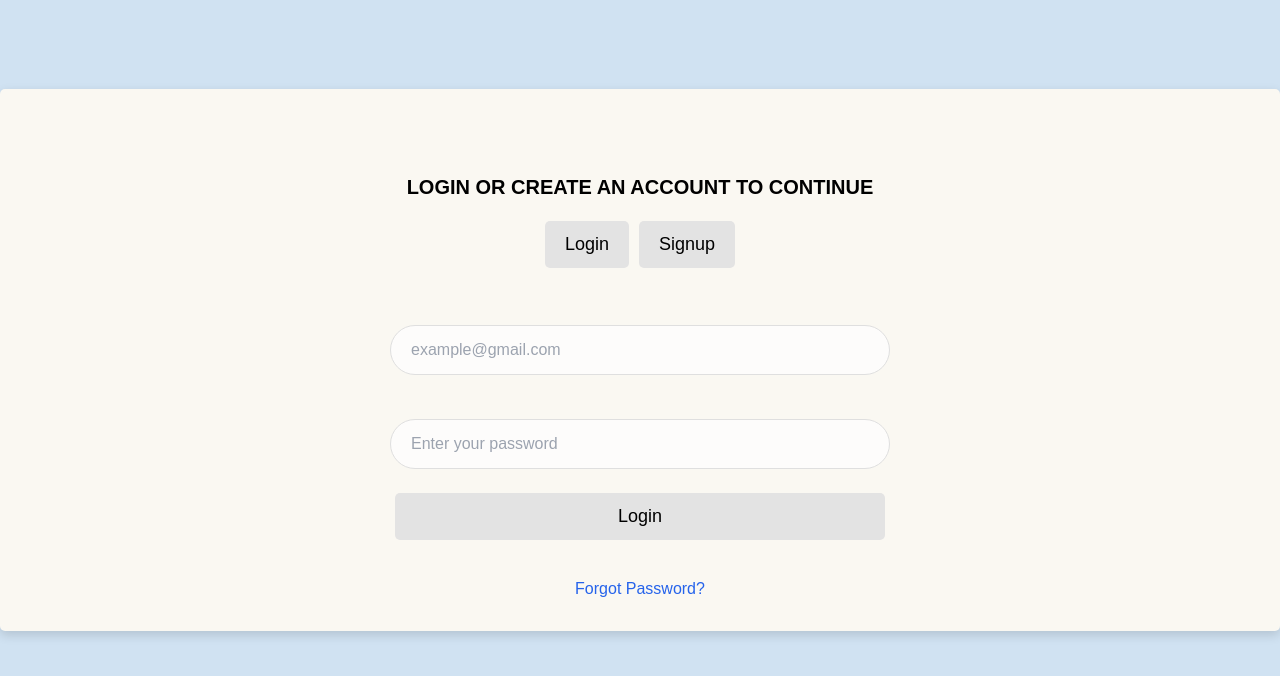
Repository: Kagisho96/react-firebase-blog-app
Page: /
The author's editor kept a copy of each file at every save. The page is drawn from the files as they stood at one save, then again after the next save.
The browser window is 1280 px wide. The pictures show the whole page.
Some web libraries are served in a nearby version. The project was rebuilt for these pictures with package versions that can differ from the ones it lists, and the page was loaded fresh each time. Also part of the build but not shown: vite.config.js, src/views/AddBookPage.jsx, src/components/Book.jsx, src/components/Header.jsx, src/views/BooksPage.jsx, src/components/Notes.jsx, src/views/SingleBookPage.jsx.

Above is the page before, as saved 2024-02-11 06:02:49.

After the next save:
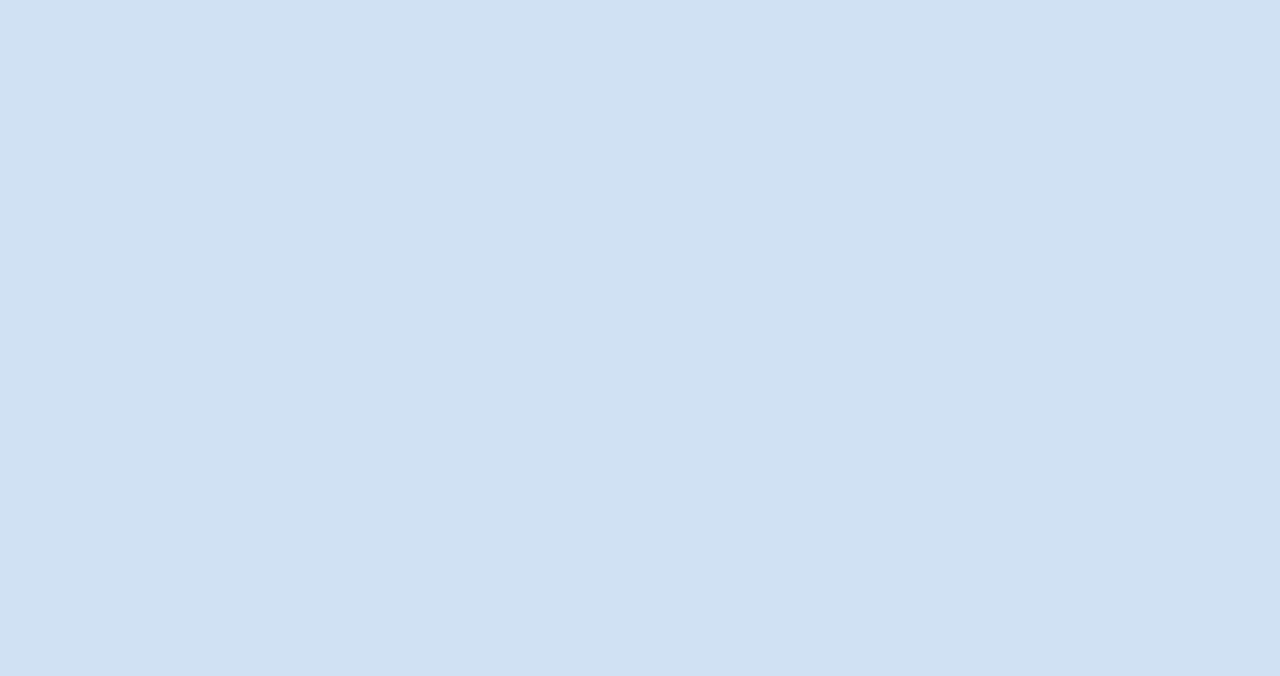
Console error: TypeError: Cannot read properties of undefined (reading 'onAuthStateChanged')
Saved 19 s later.
--- a/src/firebase/config.js
+++ b/src/firebase/config.js
@@ -24,16 +24,16 @@ dotenv.config({ path: '../' }); // Adjust the path as needed
 
 
 // Your web app's Firebase configuration
-const firebaseConfig = {
-  apiKey: process.env.REACT_APP_FIREBASE_API_KEY,
-  authDomain: process.env.REACT_APP_FIREBASE_AUTH_DOMAIN,
-  projectId: process.env.REACT_APP_FIREBASE_PROJECT_ID,
-  storageBucket: process.env.REACT_APP_FIREBASE_STORAGE_BUCKET,
-  messagingSenderId: process.env.REACT_APP_FIREBASE_MESSAGING_SENDER_ID,
-  appId: process.env.REACT_APP_FIREBASE_APP_ID
-};
+// const firebaseConfig = {
+//   apiKey: process.env.REACT_APP_FIREBASE_API_KEY,
+//   authDomain: process.env.REACT_APP_FIREBASE_AUTH_DOMAIN,
+//   projectId: process.env.REACT_APP_FIREBASE_PROJECT_ID,
+//   storageBucket: process.env.REACT_APP_FIREBASE_STORAGE_BUCKET,
+//   messagingSenderId: process.env.REACT_APP_FIREBASE_MESSAGING_SENDER_ID,
+//   appId: process.env.REACT_APP_FIREBASE_APP_ID
+// };
 
-// Initialize Firebase
-const app = initializeApp(firebaseConfig);
-// Initialize Firebase Authentication and get a reference to the service
-export const auth = getAuth(app);
+// // Initialize Firebase
+// const app = initializeApp(firebaseConfig);
+// // Initialize Firebase Authentication and get a reference to the service
+// export const auth = getAuth(app);

After the save that followed:
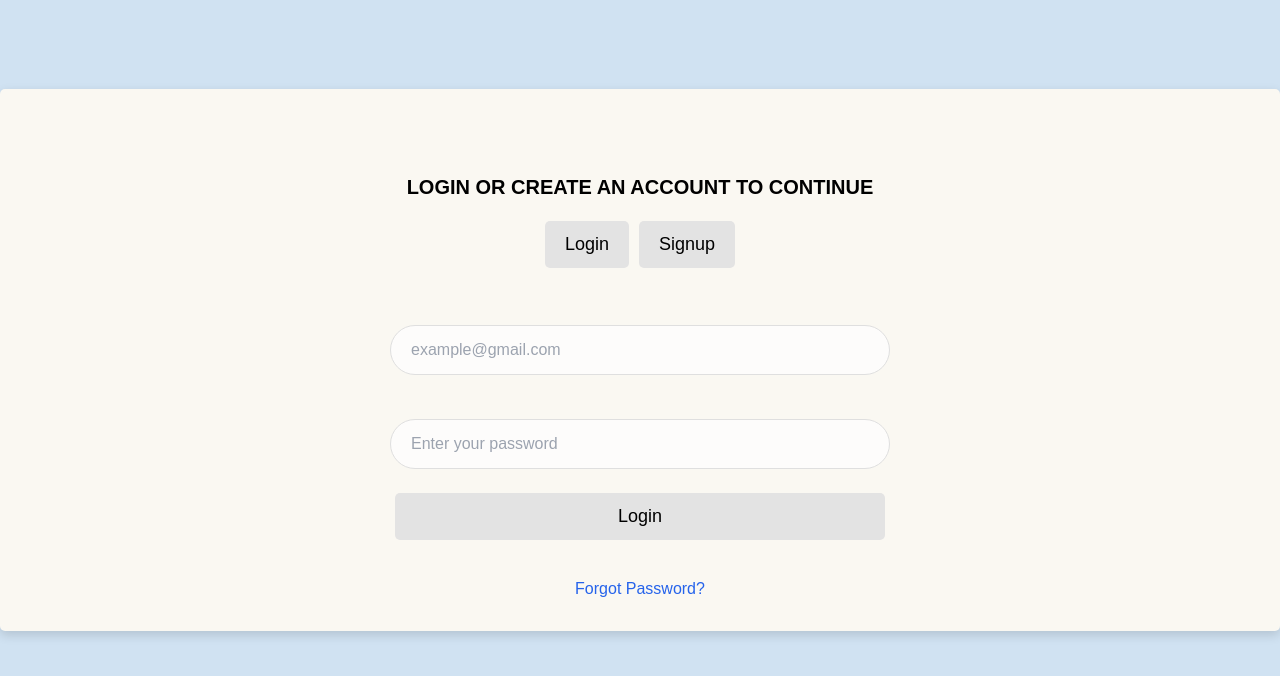
The error is gone.
Saved 12 s later.
--- a/src/firebase/config.js
+++ b/src/firebase/config.js
@@ -3,24 +3,24 @@ import { initializeApp } from "firebase/app";
 import { getAuth } from "firebase/auth";
 
 dotenv.config({ path: '../' }); // Adjust the path as needed
-// // Import the functions you need from the SDKs you need
-// // TODO: Add SDKs for Firebase products that you want to use
-// // https://firebase.google.com/docs/web/setup#available-libraries
+// Import the functions you need from the SDKs you need
+// TODO: Add SDKs for Firebase products that you want to use
+// https://firebase.google.com/docs/web/setup#available-libraries
 
-// // Your web app's Firebase configuration
-// const firebaseConfig = {
-//   apiKey: "AIzaSyBMyfMHSOMEp2P6tS_uzAA11FjguJx92QQ",
-//   authDomain: "library-blog-8540c.firebaseapp.com",
-//   projectId: "library-blog-8540c",
-//   storageBucket: "library-blog-8540c.appspot.com",
-//   messagingSenderId: "583906563141",
-//   appId: "1:583906563141:web:29639b69ae857c69d37f2c"
-// };
+// Your web app's Firebase configuration
+const firebaseConfig = {
+  apiKey: "AIzaSyBMyfMHSOMEp2P6tS_uzAA11FjguJx92QQ",
+  authDomain: "library-blog-8540c.firebaseapp.com",
+  projectId: "library-blog-8540c",
+  storageBucket: "library-blog-8540c.appspot.com",
+  messagingSenderId: "583906563141",
+  appId: "1:583906563141:web:29639b69ae857c69d37f2c"
+};
 
-// // Initialize Firebase
-// const app = initializeApp(firebaseConfig);
-// // Initialize Firebase Authentication and get a reference to the service
-// export const auth = getAuth(app);
+// Initialize Firebase
+const app = initializeApp(firebaseConfig);
+// Initialize Firebase Authentication and get a reference to the service
+export const auth = getAuth(app);
 
 
 // Your web app's Firebase configuration
